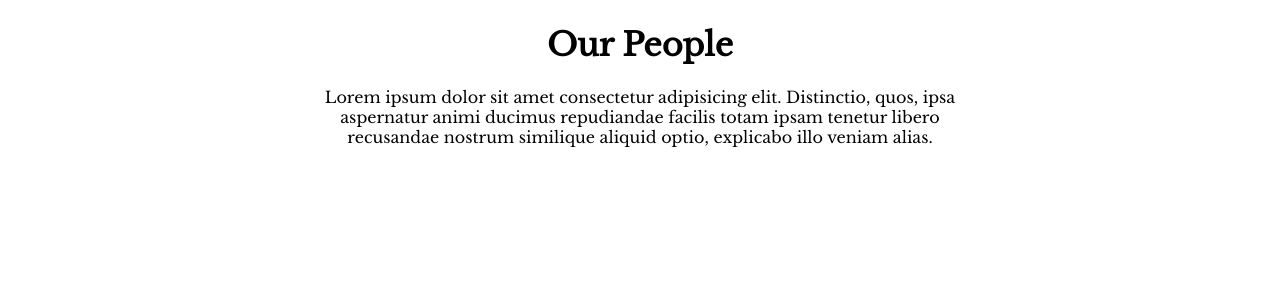
Repository: Tsardines/app
Page: / (app in my-app/)
An editor plug-in stored every save of this project. The page is shown before and after the next save, followed by the edit.
The browser window is 1280 px wide. The pictures show the whole page.
The page's requests for data from a server got no answer. The project was rebuilt for these pictures with package versions that can differ from the ones it lists, and the page was loaded fresh each time. No one was signed in, and anything a server would have sent is missing.

Above is the page before, as saved 2018-11-14 17:46:55.

After the next save:
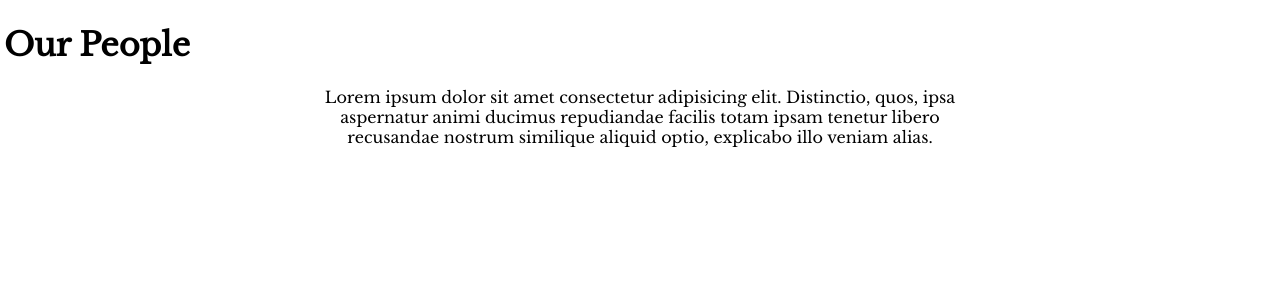
Saved 36 s later.
--- a/my-app/src/App.css
+++ b/my-app/src/App.css
@@ -1,6 +1,7 @@
 .App {
   display: flex;
   flex-direction: column;
+  flex-flow: row nowrap;
   flex-wrap: wrap;
   padding: 0.25em;
   text-align: center;
